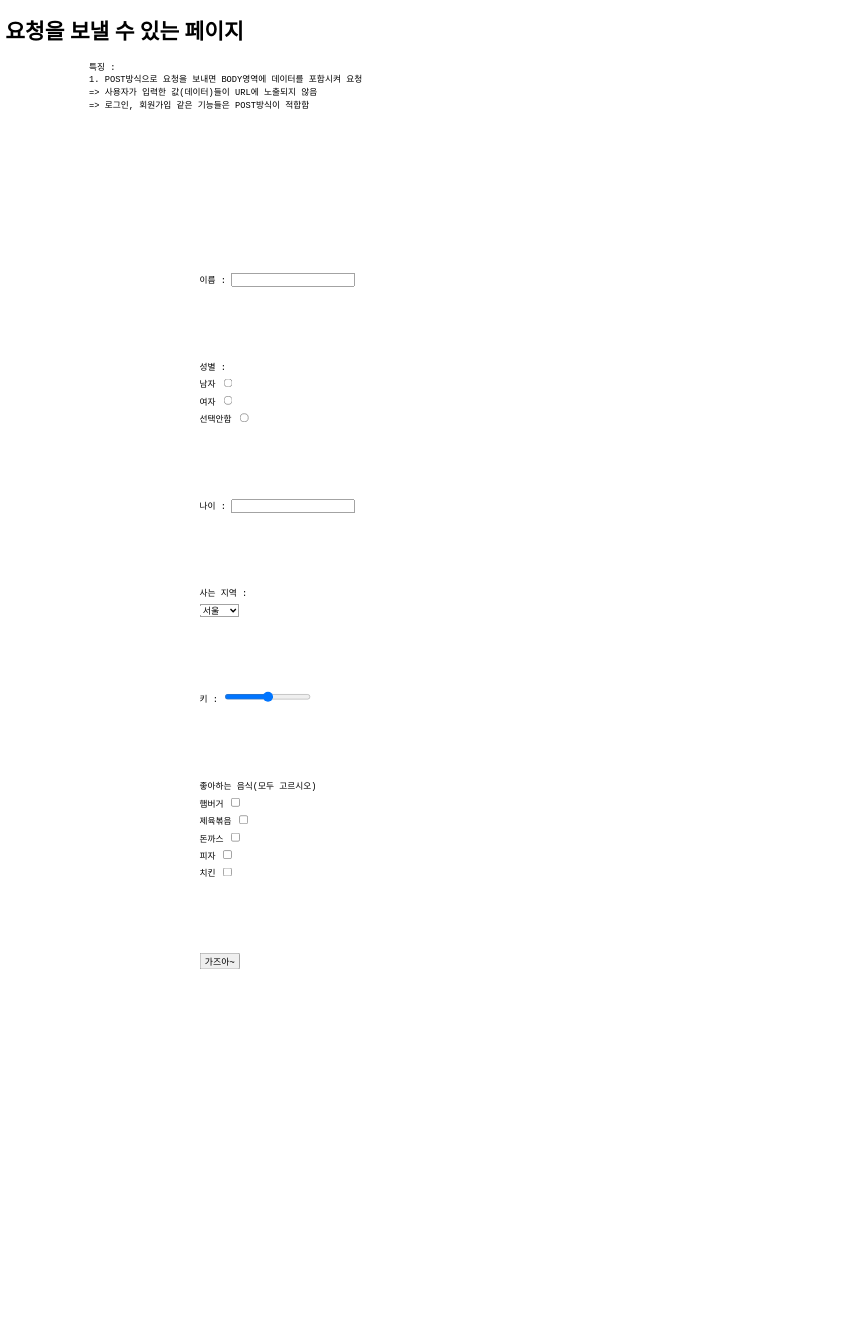
Repository: rlaehqkf/java_practice
Page: MyFirstWebProject/src/main/webapp/views/request_post.html
These files come from the project's save history. The page is drawn as it stood at one moment and after the next save; the edit follows.
The browser window is 1280 px wide. The pictures show the whole page, at 67% of full size.

Above is the page before, as saved 2026-05-06 00:20:01.

### MyFirstWebProject/src/main/webapp/views/request_post.html
<!DOCTYPE html>
<html>
<head>
<meta charset="UTF-8">
<title>요청을 보내야겠다~~</title>
<style>
	ul{
		list-style : none;
		line-height : 200%;
	}

</style>



</head>
<body>

	<h1>요청을 보낼 수 있는 페이지</h1>

	<pre>
		특징 :
		1. POST방식으로 요청을 보내면 BODY영역에 데이터를 포함시켜 요청
		=> 사용자가 입력한 값(데이터)들이 URL에 노출되지 않음
		=> 로그인, 회원가입 같은 기능들은 POST방식이 적합함




	<!--
		form태그 안에 존재하는 submit타입의 버튼 클릭 시
		form태그의 속성 중 action속성에 작성된 URL로 요청을 보냄!!
		Controller로 요청을 보내야함 -> Servlet

		http://localhost:8088/first
	 -->


	<form method="get" action="http://localhost:8088/first/first.do" >
		<ul>
			<li>
				이름 : <input type="text" name="name"/>
			</li>
			<li>
				성별 :
				남자 <input type="radio" name="gender" value="남자" />
				여자 <input type="radio" name="gender" value="여자" />
				선택안함 <input type="radio" name="gender" value="선택 안 함" />
			</li>
			<li>
				나이 : <input type="number" name="age" />
			</li>
			<li>
				사는 지역 :
				<select name="city">
					<option>서울</option>
					<option value="제주도">제주도</option>
				</select>
			</li>
			<li>
				키 : <input type="range" min="130" max="220" name="height" />
			</li>
			<li>
				좋아하는 음식(모두 고르시오)
				햄버거 <input type="checkbox" name="food" value="햄버거" />
				제육볶음 <input type="checkbox" name="food" value="제육볶음" />
				돈까스 <input type="checkbox" name="food" value="돈까스" />
				피자 <input type="checkbox" name="food" value="피자" />
				치킨 <input type="checkbox" name="food" value="치킨" />
			</li>
			<li>
				<button type="submit">가즈아~</button>
			</li>
			<li>

			</li>
		</ul>
	</form>



	<!--

	<form method="get" action="http://localhost:8088/first/second.do" >
		<ul>
			<li>
				이름 : <input type="text" name="name" />
			</li>
			<li>
				포지션 :
				골키퍼 <input type="radio" name="position" />
				수비수 <input type="radio" name="position" />
				미드필더 <input type="radio" name="position" />
				공격수 <input type="radio" name="position" />
			</li>
			<li>
				키 : <input type="range" min="100" max="300" name="height"/>
			</li>
			<li>
				몸무게 : <input type="range" min="30" max="200" name="weight" />
			</li>
			<li>
				대륙 :
				아시아, 오세아니아 <input type="radio" name="continent" />
				유럽 <input type="radio" name="continent" />
				아메리카 <input type="radio" name="continent" />
				아프리카 <input type="radio" name="continent" />
			</li>
			<li>
				악세사리 :
				안경 <input type="checkbox" name="accessory">
				문신토시 <input type="checkbox" name="accessory">
				장화 <input type="checkbox" name="accessory">
				헬멧 <input type="checkbox" name="accessory">
			</li>
			<li>

			</li>
			<li>

			</li>
			<li>

			</li>
			<li>

			</li>
			<li>

			</li>




		</ul>
	</form>

	-->













</body>
</html>

After the next save:
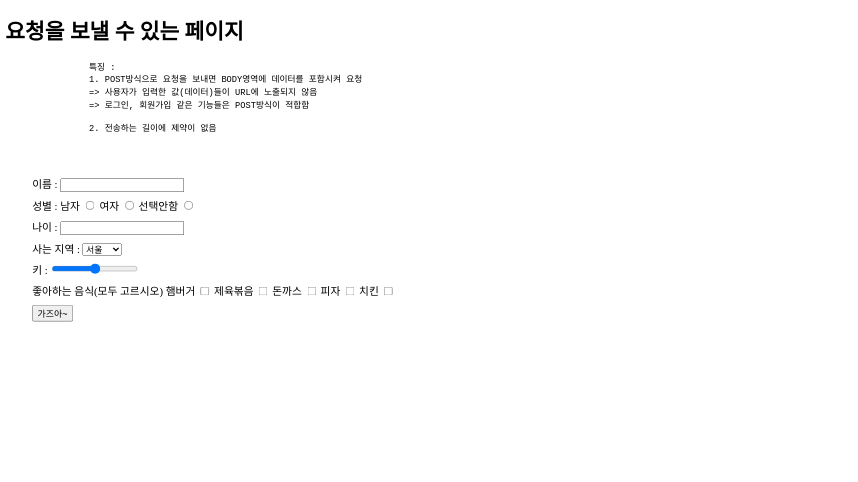
Saved 79 s later.
--- a/MyFirstWebProject/src/main/webapp/views/request_post.html
+++ b/MyFirstWebProject/src/main/webapp/views/request_post.html
@@ -24,8 +24,10 @@
 		=> 사용자가 입력한 값(데이터)들이 URL에 노출되지 않음
 		=> 로그인, 회원가입 같은 기능들은 POST방식이 적합함
 
+		2. 전송하는 길이에 제약이 없음
 
 
+	</pre>
 
 	<!--
 		form태그 안에 존재하는 submit타입의 버튼 클릭 시
